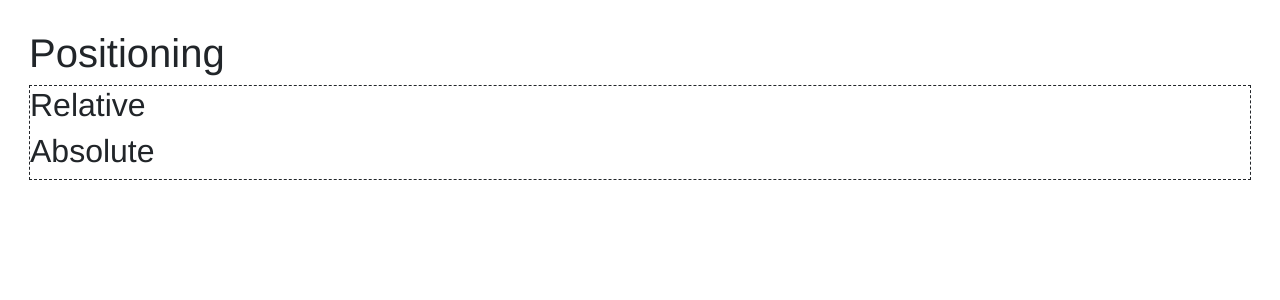
Repository: alboss/bit-175
Page: docs/positioning.html
The author's editor kept a copy of each file at every save. The page is drawn from the files as they stood at one save, then again after the next save.
The browser window is 1280 px wide. The pictures show the whole page.

Above is the page before, as saved 2023-04-24 11:35:26.

After the next save:
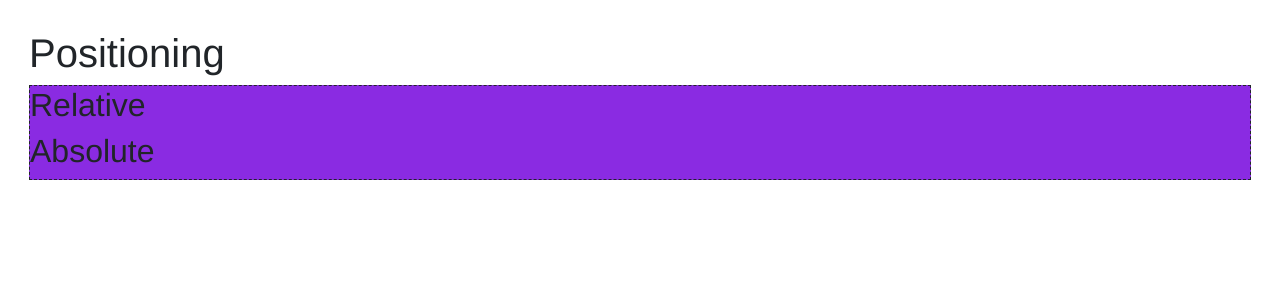
Saved 11 s later.
--- a/docs/positioning.html
+++ b/docs/positioning.html
@@ -27,7 +27,7 @@
       }
       main {
         border: 1px dashed;
-        background-color: ;
+        background-color: blueviolet;
       }
     </style>
   </head>
